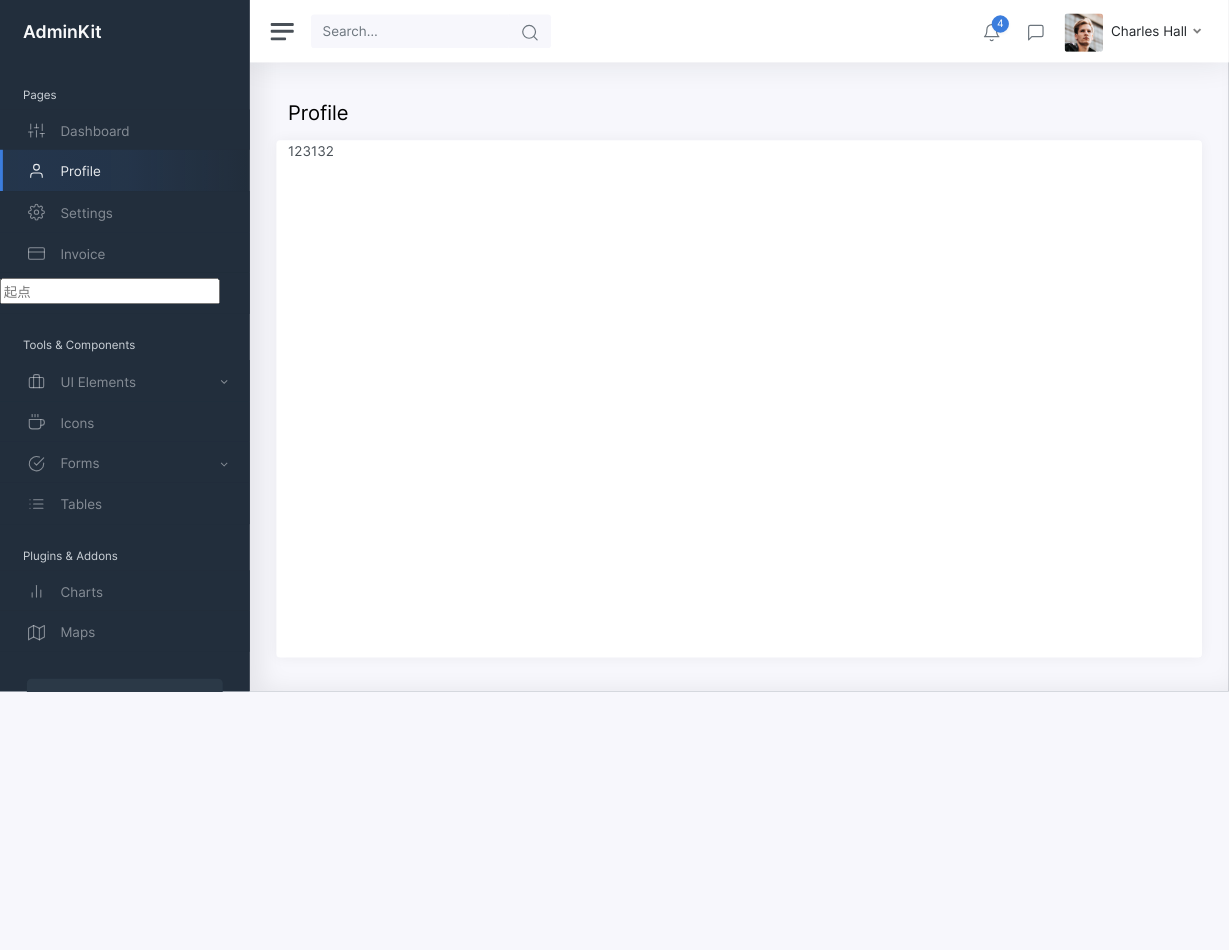
Repository: yuwei0922/WHURS-WGIS
Page: final_project/pages-profile.html
An editor plug-in stored every save of this project. The page is shown before and after the next save, followed by the edit.
The browser window is 1280 px wide. The pictures show the whole page, at 96% of full size.

Above is the page before, as saved 2022-12-21 20:50:50.
Not found: final_project/js/vendor.js

### final_project/pages-profile.html
<!DOCTYPE html>
<html lang="en">

<head>
	<meta charset="utf-8">
	<meta http-equiv="X-UA-Compatible" content="IE=edge">
	<meta name="viewport" content="width=device-width, initial-scale=1, shrink-to-fit=no">
	<meta name="description" content="Responsive Web UI Kit &amp; Dashboard Template based on Bootstrap">
	<meta name="author" content="AdminKit">
	<meta name="keywords" content="adminkit, bootstrap, web ui kit, dashboard template, admin template">
	<link rel="shortcut icon" href="img/icons/icon-48x48.png" />
	<title>Profile</title>
	<link href="css/app.css" rel="stylesheet">
	<link rel="stylesheet" href="css/content.css">
</head>

<body>
	<div class="wrapper" style="position: relative;">
		<nav id="sidebar" class="sidebar">
			<div class="sidebar-content js-simplebar">
				<a class="sidebar-brand" href="index.html">
          <span class="align-middle">AdminKit</span>
        </a>

				<ul class="sidebar-nav">
					<li class="sidebar-header">
						Pages
					</li>

					<li class="sidebar-item">
						<a class="sidebar-link" href="index.html">
              <i class="align-middle" data-feather="sliders"></i> <span class="align-middle">Dashboard</span>
            </a>
					</li>

					<li class="sidebar-item active">
						<a class="sidebar-link" href="pages-profile.html">
              <i class="align-middle" data-feather="user"></i> <span class="align-middle">Profile</span>
            </a>
					</li>

					<li class="sidebar-item">
						<a class="sidebar-link" href="pages-settings.html">
              <i class="align-middle" data-feather="settings"></i> <span class="align-middle">Settings</span>
            </a>
					</li>

					<li class="sidebar-item">
						<a class="sidebar-link" href="pages-invoice.html">
              <i class="align-middle" data-feather="credit-card"></i> <span class="align-middle">Invoice</span>
            </a>
					</li>

					<li class="sidebar-item">
						<a class="sidebar-link" href="pages-blank.html">
              <i class="align-middle" data-feather="book"></i> <span class="align-middle">Blank</span>
            </a>
					</li>

					<li class="sidebar-header">
						Tools & Components
					</li>
					<li class="sidebar-item">
						<a href="#ui" data-toggle="collapse" class="sidebar-link collapsed">
              <i class="align-middle" data-feather="briefcase"></i> <span class="align-middle">UI Elements</span>
            </a>
						<ul id="ui" class="sidebar-dropdown list-unstyled collapse " data-parent="#sidebar">
							<li class="sidebar-item"><a class="sidebar-link" href="ui-alerts.html">Alerts</a></li>
							<li class="sidebar-item"><a class="sidebar-link" href="ui-buttons.html">Buttons</a></li>
							<li class="sidebar-item"><a class="sidebar-link" href="ui-cards.html">Cards</a></li>
							<li class="sidebar-item"><a class="sidebar-link" href="ui-general.html">General</a></li>
							<li class="sidebar-item"><a class="sidebar-link" href="ui-grid.html">Grid</a></li>
							<li class="sidebar-item"><a class="sidebar-link" href="ui-modals.html">Modals</a></li>
							<li class="sidebar-item"><a class="sidebar-link" href="ui-typography.html">Typography</a></li>
						</ul>
					</li>

					<li class="sidebar-item">
						<a class="sidebar-link" href="icons-feather.html">
              <i class="align-middle" data-feather="coffee"></i> <span class="align-middle">Icons</span>
            </a>
					</li>

					<li class="sidebar-item">
						<a href="#forms" data-toggle="collapse" class="sidebar-link collapsed">
              <i class="align-middle" data-feather="check-circle"></i> <span class="align-middle">Forms</span>
            </a>
						<ul id="forms" class="sidebar-dropdown list-unstyled collapse " data-parent="#sidebar">
							<li class="sidebar-item"><a class="sidebar-link" href="forms-layouts.html">Form Layouts</a></li>
							<li class="sidebar-item"><a class="sidebar-link" href="forms-basic-inputs.html">Basic Inputs</a></li>
						</ul>
					</li>

					<li class="sidebar-item">
						<a class="sidebar-link" href="tables-bootstrap.html">
              <i class="align-middle" data-feather="list"></i> <span class="align-middle">Tables</span>
            </a>
					</li>

					<li class="sidebar-header">
						Plugins & Addons
					</li>

					<li class="sidebar-item">
						<a class="sidebar-link" href="charts-chartjs.html">
              <i class="align-middle" data-feather="bar-chart-2"></i> <span class="align-middle">Charts</span>
            </a>
					</li>

					<li class="sidebar-item">
						<a class="sidebar-link" href="maps-google.html">
              <i class="align-middle" data-feather="map"></i> <span class="align-middle">Maps</span>
            </a>
					</li>
				</ul>

				<div class="sidebar-cta">
					<div class="sidebar-cta-content">
						<strong class="d-inline-block mb-2">Upgrade to Pro</strong>
						<div class="mb-3 text-sm">
							Are you looking for more components?
						</div>
						<a href="#" target="_blank" class="btn btn-outline-primary btn-block">Upgrade</a>
					</div>
				</div>
			</div>
		</nav>
		<div class="main">
			<nav class="navbar navbar-expand navbar-light navbar-bg">
				<a class="sidebar-toggle d-flex">
          <i class="hamburger align-self-center"></i>
        </a>

				<form class="form-inline d-none d-sm-inline-block">
					<div class="input-group input-group-navbar">
						<input type="text" class="form-control" placeholder="Search…" aria-label="Search">
						<div class="input-group-append">
							<button class="btn" type="button">
                <i class="align-middle" data-feather="search"></i>
              </button>
						</div>
					</div>
				</form>

				<div class="navbar-collapse collapse">
					<ul class="navbar-nav navbar-align">
						<li class="nav-item dropdown">
							<a class="nav-icon dropdown-toggle" href="#" id="alertsDropdown" data-toggle="dropdown">
								<div class="position-relative">
									<i class="align-middle" data-feather="bell"></i>
									<span class="indicator">4</span>
								</div>
							</a>
							<div class="dropdown-menu dropdown-menu-lg dropdown-menu-right py-0" aria-labelledby="alertsDropdown">
								<div class="dropdown-menu-header">
									4 New Notifications
								</div>
								<div class="list-group">
									<a href="#" class="list-group-item">
										<div class="row no-gutters align-items-center">
											<div class="col-2">
												<i class="text-danger" data-feather="alert-circle"></i>
											</div>
											<div class="col-10">
												<div class="text-dark">Update completed</div>
												<div class="text-muted small mt-1">Restart server 12 to complete the update.</div>
												<div class="text-muted small mt-1">30m ago</div>
											</div>
										</div>
									</a>
									<a href="#" class="list-group-item">
										<div class="row no-gutters align-items-center">
											<div class="col-2">
												<i class="text-warning" data-feather="bell"></i>
											</div>
											<div class="col-10">
												<div class="text-dark">Lorem ipsum</div>
												<div class="text-muted small mt-1">Aliquam ex eros, imperdiet vulputate hendrerit et.</div>
												<div class="text-muted small mt-1">2h ago</div>
											</div>
										</div>
									</a>
									<a href="#" class="list-group-item">
										<div class="row no-gutters align-items-center">
											<div class="col-2">
												<i class="text-primary" data-feather="home"></i>
											</div>
											<div class="col-10">
												<div class="text-dark">Login from 192.186.1.8</div>
												<div class="text-muted small mt-1">5h ago</div>
											</div>
										</div>
									</a>
									<a href="#" class="list-group-item">
										<div class="row no-gutters align-items-center">
											<div class="col-2">
												<i class="text-success" data-feather="user-plus"></i>
											</div>
											<div class="col-10">
												<div class="text-dark">New connection</div>
												<div class="text-muted small mt-1">Christina accepted your request.</div>
												<div class="text-muted small mt-1">14h ago</div>
											</div>
										</div>
									</a>
								</div>
								<div class="dropdown-menu-footer">
									<a href="#" class="text-muted">Show all notifications</a>
								</div>
							</div>
						</li>
						<li class="nav-item dropdown">
							<a class="nav-icon dropdown-toggle" href="#" id="messagesDropdown" data-toggle="dropdown">
								<div class="position-relative">
									<i class="align-middle" data-feather="message-square"></i>
								</div>
							</a>
							<div class="dropdown-menu dropdown-menu-lg dropdown-menu-right py-0" aria-labelledby="messagesDropdown">
								<div class="dropdown-menu-header">
									<div class="position-relative">
										4 New Messages
									</div>
								</div>
								<div class="list-group">
									<a href="#" class="list-group-item">
										<div class="row no-gutters align-items-center">
											<div class="col-2">
												<img src="img/avatars/avatar-5.jpg" class="avatar img-fluid rounded-circle" alt="Vanessa Tucker">
											</div>
											<div class="col-10 pl-2">
												<div class="text-dark">Vanessa Tucker</div>
												<div class="text-muted small mt-1">Nam pretium turpis et arcu. Duis arcu tortor.</div>
												<div class="text-muted small mt-1">15m ago</div>
											</div>
										</div>
									</a>
									<a href="#" class="list-group-item">
										<div class="row no-gutters align-items-center">
											<div class="col-2">
												<img src="img/avatars/avatar-2.jpg" class="avatar img-fluid rounded-circle" alt="William Harris">
											</div>
											<div class="col-10 pl-2">
												<div class="text-dark">William Harris</div>
												<div class="text-muted small mt-1">Curabitur ligula sapien euismod vitae.</div>
												<div class="text-muted small mt-1">2h ago</div>
											</div>
										</div>
									</a>
									<a href="#" class="list-group-item">
										<div class="row no-gutters align-items-center">
											<div class="col-2">
												<img src="img/avatars/avatar-4.jpg" class="avatar img-fluid rounded-circle" alt="Christina Mason">
											</div>
											<div class="col-10 pl-2">
												<div class="text-dark">Christina Mason</div>
												<div class="text-muted small mt-1">Pellentesque auctor neque nec urna.</div>
												<div class="text-muted small mt-1">4h ago</div>
											</div>
										</div>
									</a>
									<a href="#" class="list-group-item">
										<div class="row no-gutters align-items-center">
											<div class="col-2">
												<img src="img/avatars/avatar-3.jpg" class="avatar img-fluid rounded-circle" alt="Sharon Lessman">
											</div>
											<div class="col-10 pl-2">
												<div class="text-dark">Sharon Lessman</div>
												<div class="text-muted small mt-1">Aenean tellus metus, bibendum sed, posuere ac, mattis non.</div>
												<div class="text-muted small mt-1">5h ago</div>
											</div>
										</div>
									</a>
								</div>
								<div class="dropdown-menu-footer">
									<a href="#" class="text-muted">Show all messages</a>
								</div>
							</div>
						</li>
						<li class="nav-item dropdown">
							<a class="nav-icon dropdown-toggle d-inline-block d-sm-none" href="#" data-toggle="dropdown">
                <i class="align-middle" data-feather="settings"></i>
              </a>

							<a class="nav-link dropdown-toggle d-none d-sm-inline-block" href="#" data-toggle="dropdown">
                <img src="img/avatars/avatar.jpg" class="avatar img-fluid rounded mr-1" alt="Charles Hall" /> <span class="text-dark">Charles Hall</span>
              </a>
							<div class="dropdown-menu dropdown-menu-right">
								<a class="dropdown-item" href="pages-profile.html"><i class="align-middle mr-1" data-feather="user"></i> Profile</a>
								<a class="dropdown-item" href="#"><i class="align-middle mr-1" data-feather="pie-chart"></i> Analytics</a>
								<div class="dropdown-divider"></div>
								<a class="dropdown-item" href="pages-settings.html"><i class="align-middle mr-1" data-feather="settings"></i> Settings & Privacy</a>
								<a class="dropdown-item" href="#"><i class="align-middle mr-1" data-feather="help-circle"></i> Help Center</a>
								<div class="dropdown-divider"></div>
								<a class="dropdown-item" href="#">Log out</a>
							</div>
						</li>
					</ul>
				</div>
			</nav>
			<main class="content">
				<div class="container-fluid p-0 map-background">
					<h1 class="h3 mb-3">Profile</h1>
					<div class="row map-background">
						<div class="card col-12 mapcontent">123132</div>
					</div>
				</div>
			</main>
		</div>
	<div class="select-contronller">
		<input type="text" placeholder="起点" name="ori" class="input-ori">
		</div>
	</div>
	<script src="js/vendor.js"></script>
	<script src="js/app.js"></script>
</body>

</html>

### final_project/css/content.css
.map-background{
    height:100%;
}

.mapcontent{
    height: 90%;
}

.select-contronller{
    position: absolute;
    height: 700px;
    margin-top: 50%;
    transform: translateY(-50%);

}

.input-ori{

}

Loaded but not shown: final_project/css/app.css (library); final_project/js/app.js (library)

After the next save:
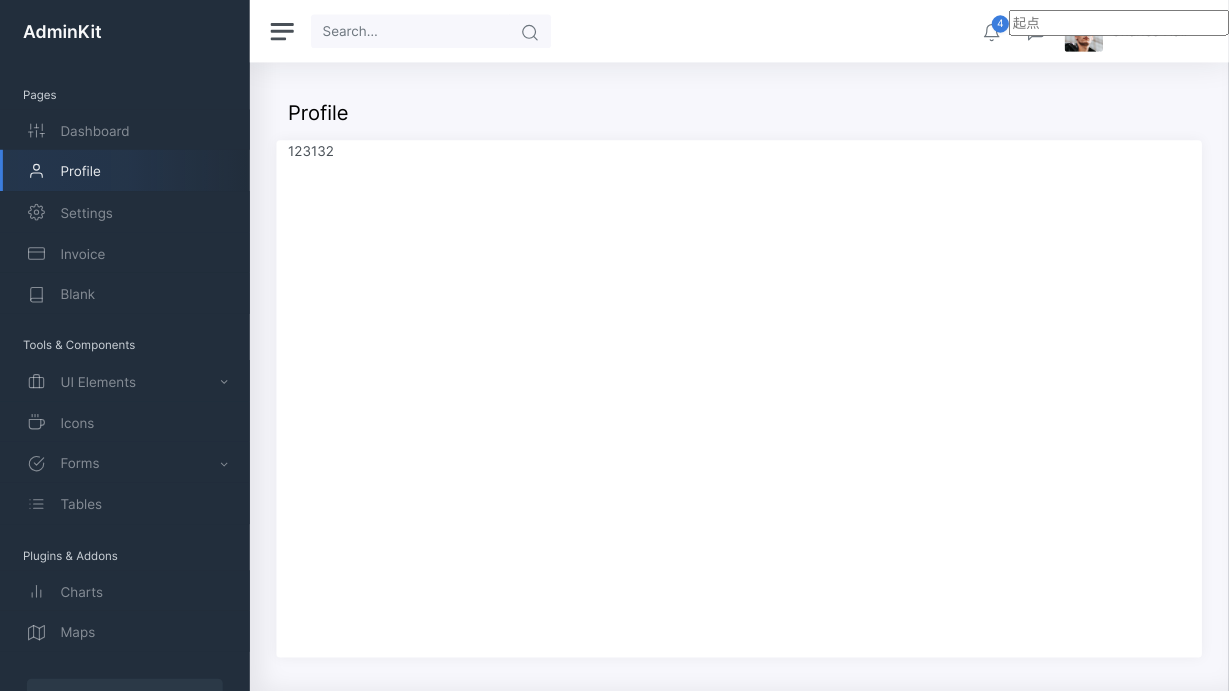
Saved 39 s later.
--- a/final_project/css/content.css
+++ b/final_project/css/content.css
@@ -9,7 +9,8 @@
 .select-contronller{
     position: absolute;
     height: 700px;
-    margin-top: 50%;
+    top: 50%;
+    right: 0;
     transform: translateY(-50%);
 
 }
